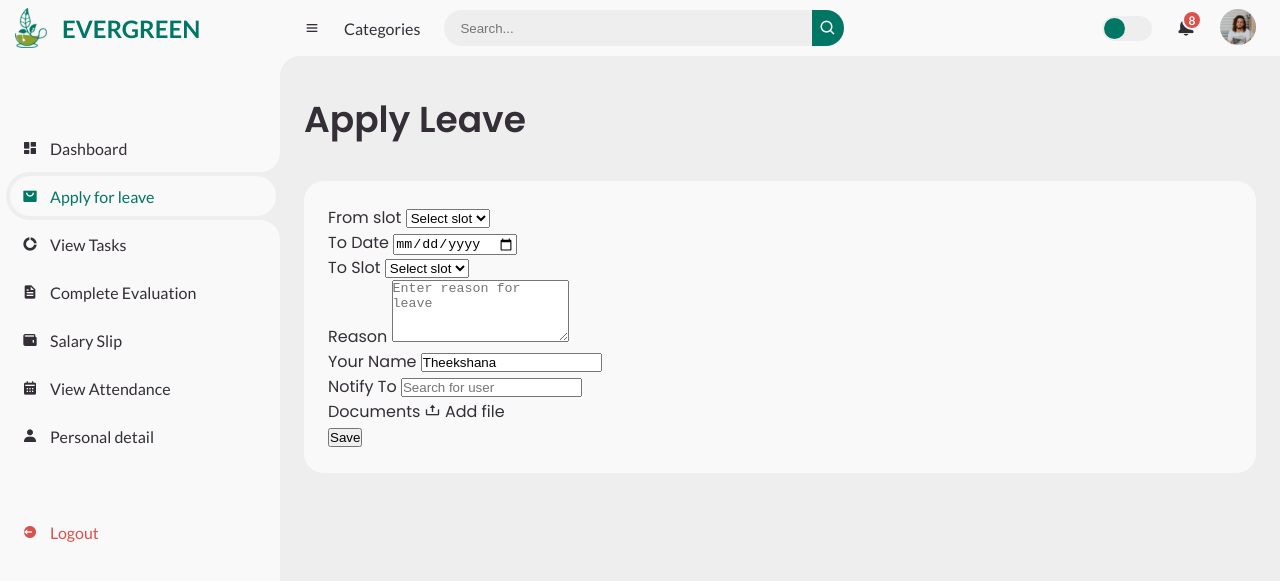
Repository: EverGreen-Group/Employee-Management
Page: http://localhost/project-root/index.php?page=apply-leave
The author's editor kept a copy of each file at every save. The page is drawn from the files as they stood at one save, then again after the next save.
The browser window is 1280 px wide. The pictures show the whole page.
The page is run by PHP 8.4 with error messages shown; the project is at /var/www/html/.

Above is the page before, as saved 2024-09-15 12:06:21.

After the next save:
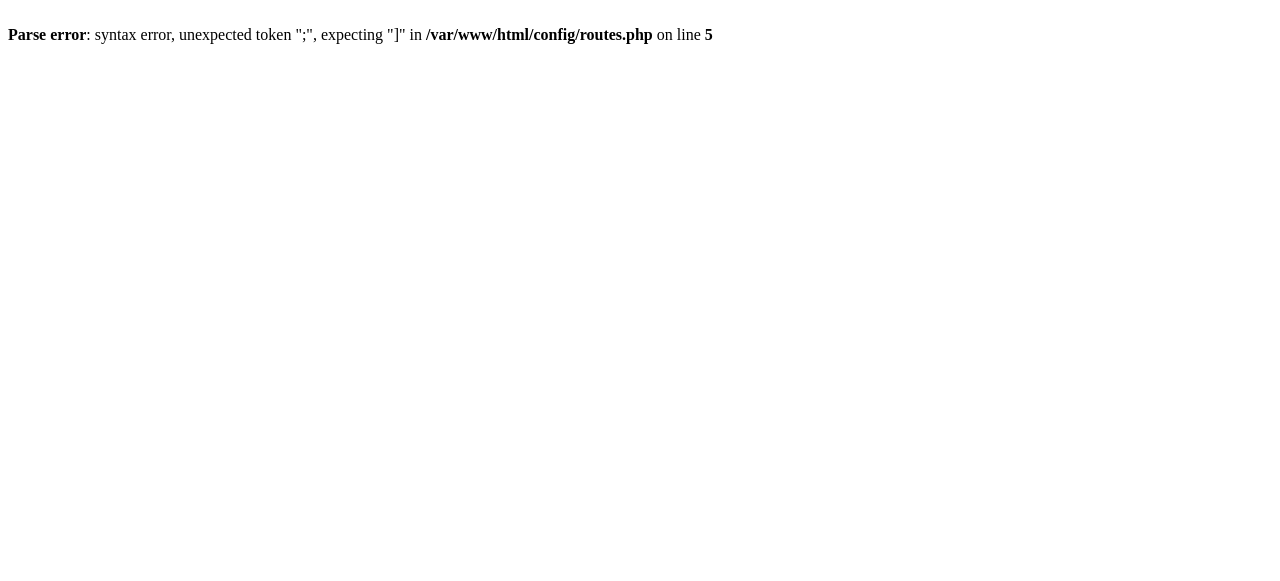
Saved 70 s later.
--- a/config/routes.php
+++ b/config/routes.php
@@ -1,8 +1,6 @@
 <?php
 
 return [
-    '/' => ['HomeController', 'index'],
-    '/view-tasks' => ['TaskController', 'view'],
-    '/update-task-status' => ['TaskController', 'updateTaskStatus', 'POST'],
-    // Add other routes as needed
+    // routes.php or web.php
+Route::post('/update-task-status', 'TaskController@updateTaskStatus');
 ];

After the save that followed:
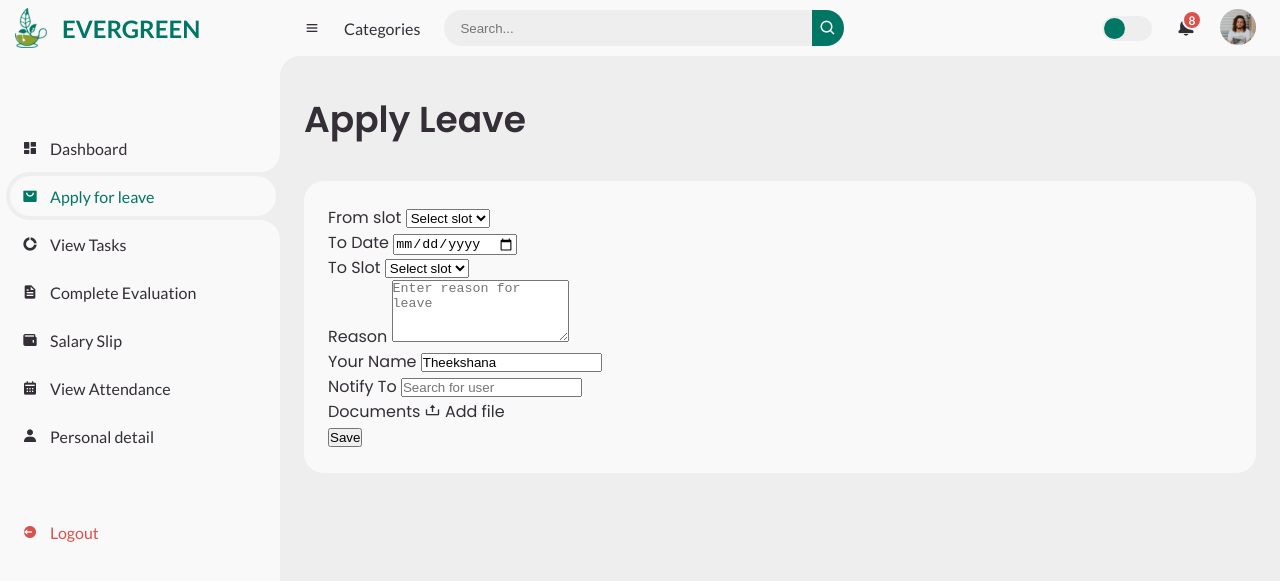
Saved 7 s later.
--- a/config/routes.php
+++ b/config/routes.php
@@ -1,6 +1,8 @@
 <?php
 
 return [
-    // routes.php or web.php
-Route::post('/update-task-status', 'TaskController@updateTaskStatus');
+    '/' => ['HomeController', 'index'],
+    '/view-tasks' => ['TaskController', 'view'],
+    '/update-task-status' => ['TaskController', 'updateTaskStatus', 'POST'],
+    // Add other routes as needed
 ];
